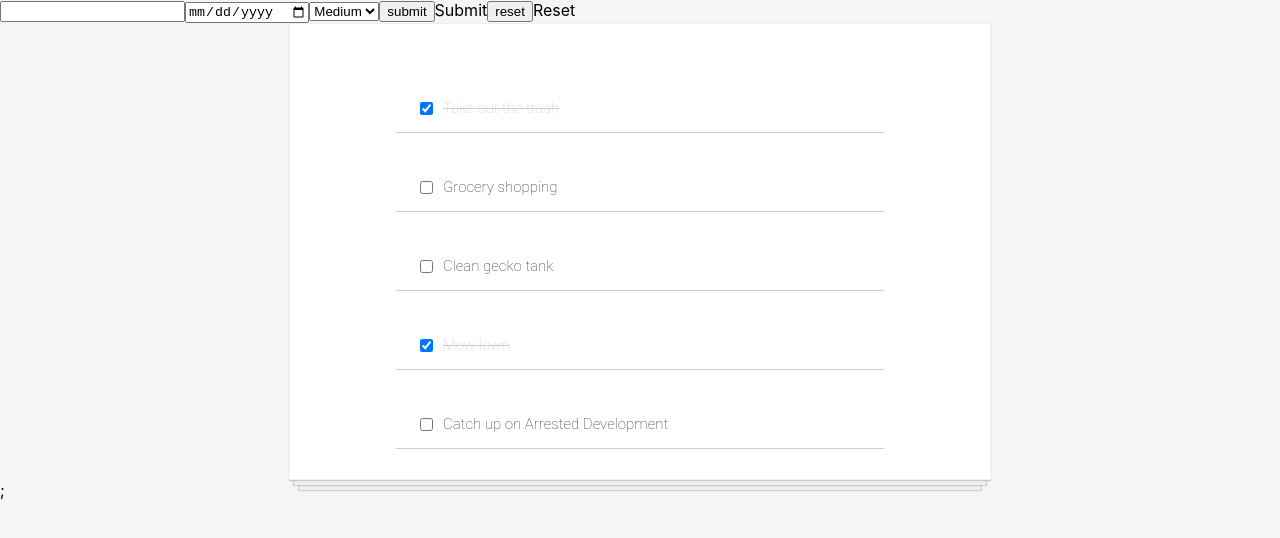
Repository: 0101chaitanya/react-todo
Page: /
An editor plug-in stored every save of this project. The page is shown before and after the next save, followed by the edit.
The browser window is 1280 px wide. The pictures show the whole page.
The project was rebuilt for these pictures with package versions that can differ from the ones it lists, and the page was loaded fresh each time.

Above is the page before, as saved 2021-07-22 23:48:23.

### src/App.js
import React, { Component } from "react";
import TodoState from "./components/todoState";
import InputForm from "./components/InputForm";
class App extends Component {
  constructor() {
    super();
  }
  render() {
    return (
      <div>
        <InputForm />
        <TodoState />;
      </div>
    );
  }
}

export default App;

### src/components/todoState.js
import React from "react";
import TodoItem from "./TodoItem";
import todosData from "../todosData";
import css from "../App.css";
class TodoState extends React.Component {
  constructor() {
    super();
    this.state = {
      todos: todosData,
    };
    this.handleChange = this.handleChange.bind(this);
  }

  handleChange(id) {
    this.setState((prevState) => {
      const newTodos = prevState.todos.map((todo) => {
        if (todo.id === id) {
          return {
            ...todo,
            completed: !todo.completed,
          };
        }
        return todo;
      });
      return {
        todos: newTodos,
      };
    });
  }

  render() {
    console.log(this.state.todos);
    const todoItems = this.state.todos.map((item) => (
      <TodoItem key={item.id} item={item} handleChange={this.handleChange} />
    ));

    return <div className="todo-list">{todoItems}</div>;
  }
}

export default TodoState;

### src/components/InputForm.js
import React from "react";

class InputForm extends React.Component {
  constructor() {
    super();
    this.state = {
      description: "",
      date: new Date(),
      priority: "medium",
    };
    this.handleChange = this.handleChange.bind(this);
  }
  handleChange(e) {
    const { name, value } = e.target;
    this.setState({
      [name]: value,
    });
  }

  render() {
    return (
      <form>
        <input
          onChange={this.handleChange}
          value={this.state.description}
          name="description"
          type="text"
        />
        <input
          onChange={this.handleChange}
          value={this.state.date}
          name="date"
          type="date"
        />
        <select
          onChange={this.handleChange}
          value={this.state.priority}
          name="priority"
        >
          <option value="low">Low</option>
          <option value="medium">Medium</option>
          <option value="high">High</option>
        </select>

        <label>
          <input type="submit" value="submit" />
          Submit
        </label>
        <label>
          <input type="reset" value="reset" />
          Reset
        </label>
      </form>
    );
  }
}
export default InputForm;

### src/components/TodoItem.js
import React from "react";

function TodoItem(props) {
  const completedStyle = {
    fontSize: "italic",
    color: "#cdcdcd",
    textDecoration: "line-through",
  };
  return (
    <div className="todo-item">
      <input
        type="checkbox"
        checked={props.item.completed}
        onChange={() => {
          console.log(props.item.id);
          props.handleChange(props.item.id);
        }}
      />
      <p style={props.item.completed ? completedStyle : null}>
        {props.item.text}
      </p>
    </div>
  );
}

export default TodoItem;

### src/todosData.js
const todosData = [
  {
    id: 1,
    text: "Take out the trash",
    completed: true,
  },
  {
    id: 2,
    text: "Grocery shopping",
    completed: false,
  },
  {
    id: 3,
    text: "Clean gecko tank",
    completed: false,
  },
  {
    id: 4,
    text: "Mow lawn",
    completed: true,
  },
  {
    id: 5,
    text: "Catch up on Arrested Development",
    completed: false,
  },
];

export default todosData;

### src/App.css
body {
  background-color: whitesmoke;
}

.todo-list {
  background-color: white;
  margin: auto;
  width: 50%;
  display: flex;
  flex-direction: column;
  align-items: center;
  border: 1px solid #efefef;
  box-shadow:
    /* The top layer shadow */ 0 1px 1px rgba(0, 0, 0, 0.15),
    /* The second layer */ 0 10px 0 -5px #eee,
    /* The second layer shadow */ 0 10px 1px -4px rgba(0, 0, 0, 0.15),
    /* The third layer */ 0 20px 0 -10px #eee,
    /* The third layer shadow */ 0 20px 1px -9px rgba(0, 0, 0, 0.15);
  padding: 30px;
}

.todo-item {
  display: flex;
  justify-content: flex-start;
  align-items: center;
  padding: 30px 20px 0;
  width: 70%;
  border-bottom: 1px solid #cecece;
  font-family: Roboto, sans-serif;
  font-weight: 100;
  font-size: 15px;
  color: #333333;
}

input[type="checkbox"] {
  margin-right: 10px;
  font-size: 30px;
}

input[type="checkbox"]:focus {
  outline: 0;
}

Loaded but not shown: public/index.html (common file); src/index.js (common file); src/index.css (common file); src/reportWebVitals.js (common file)

After the next save:
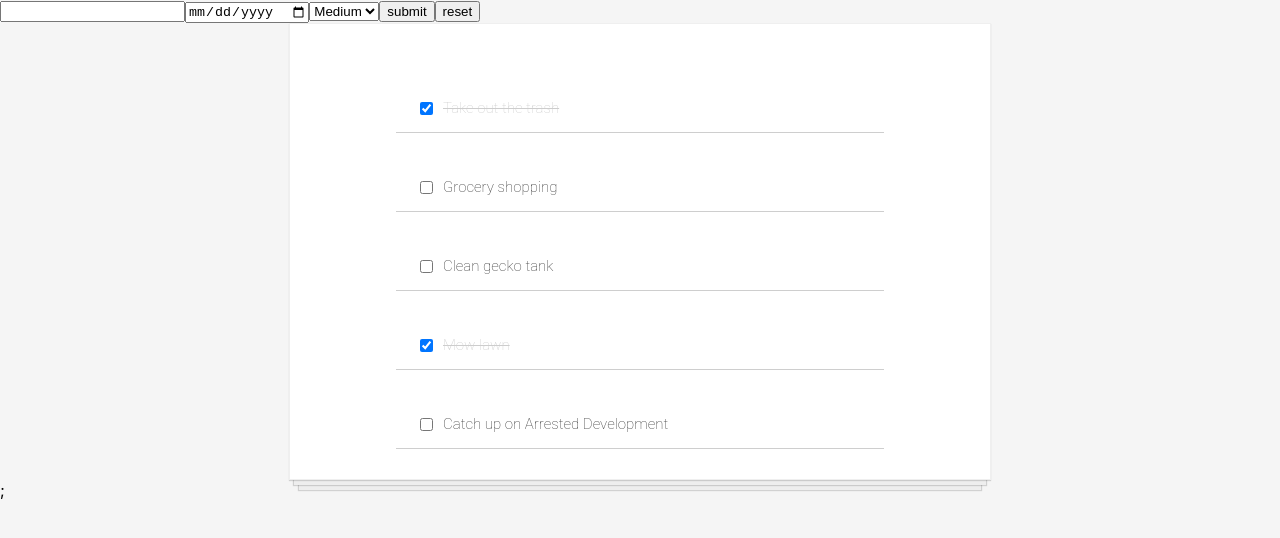
Saved 31 s later.
--- a/src/components/InputForm.js
+++ b/src/components/InputForm.js
@@ -44,11 +44,9 @@ class InputForm extends React.Component {
 
         <label>
           <input type="submit" value="submit" />
-          Submit
         </label>
         <label>
           <input type="reset" value="reset" />
-          Reset
         </label>
       </form>
     );
